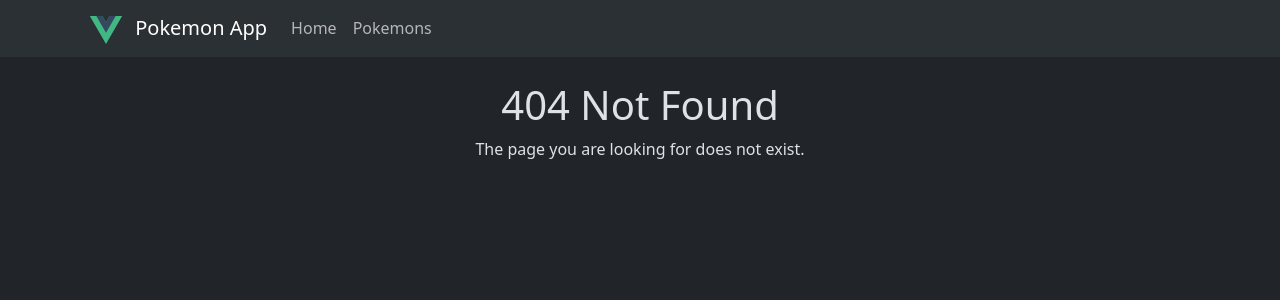
Repository: jjdevzinho/curso-vue-pinia-com-ts-poke-api
Page: /about
An editor plug-in stored every save of this project. The page is shown before and after the next save, followed by the edit.
The browser window is 1280 px wide. The pictures show the whole page.
The project was rebuilt for these pictures with package versions that can differ from the ones it lists, and the page was loaded fresh each time. Also part of the build but not shown: vite.config.ts, src/views/HomeView.vue.

Above is the page before, as saved 2024-10-13 08:49:29.

After the next save:
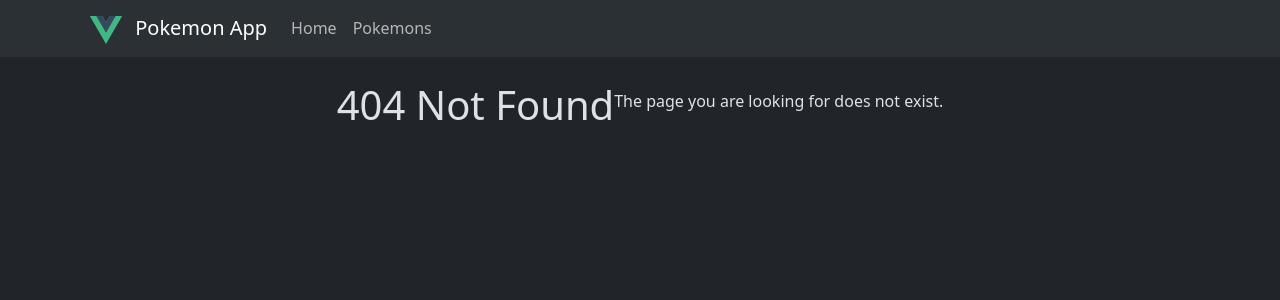
Saved 21 s later.
--- a/src/views/NotFoundView.vue
+++ b/src/views/NotFoundView.vue
@@ -1,5 +1,5 @@
 <template>
-  <div class="container align-items-center justify-content-center">
+  <div class="container d-flex align-items-center justify-content-center">
     <h1 class="text-center">404 Not Found</h1>
     <p class="text-center">The page you are looking for does not exist.</p>
   </div>

After the save that followed:
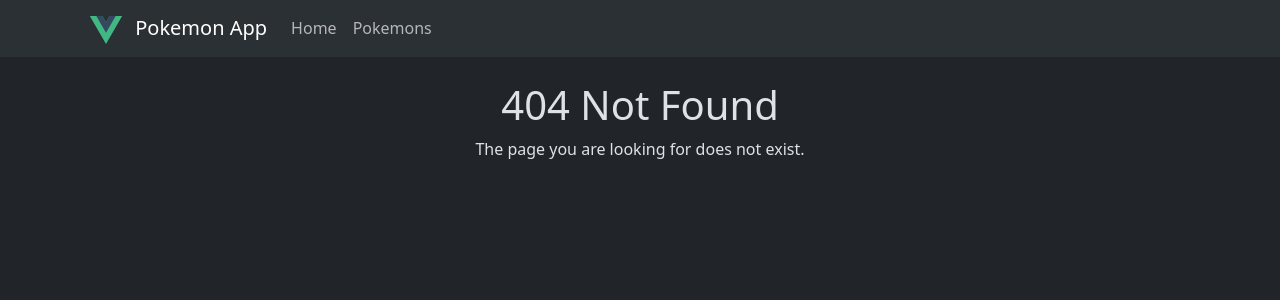
Saved 15 s later.
--- a/src/views/NotFoundView.vue
+++ b/src/views/NotFoundView.vue
@@ -1,5 +1,7 @@
 <template>
-  <div class="container d-flex align-items-center justify-content-center">
+  <div
+    class="container d-flex flex-column align-items-center justify-content-center"
+  >
     <h1 class="text-center">404 Not Found</h1>
     <p class="text-center">The page you are looking for does not exist.</p>
   </div>
